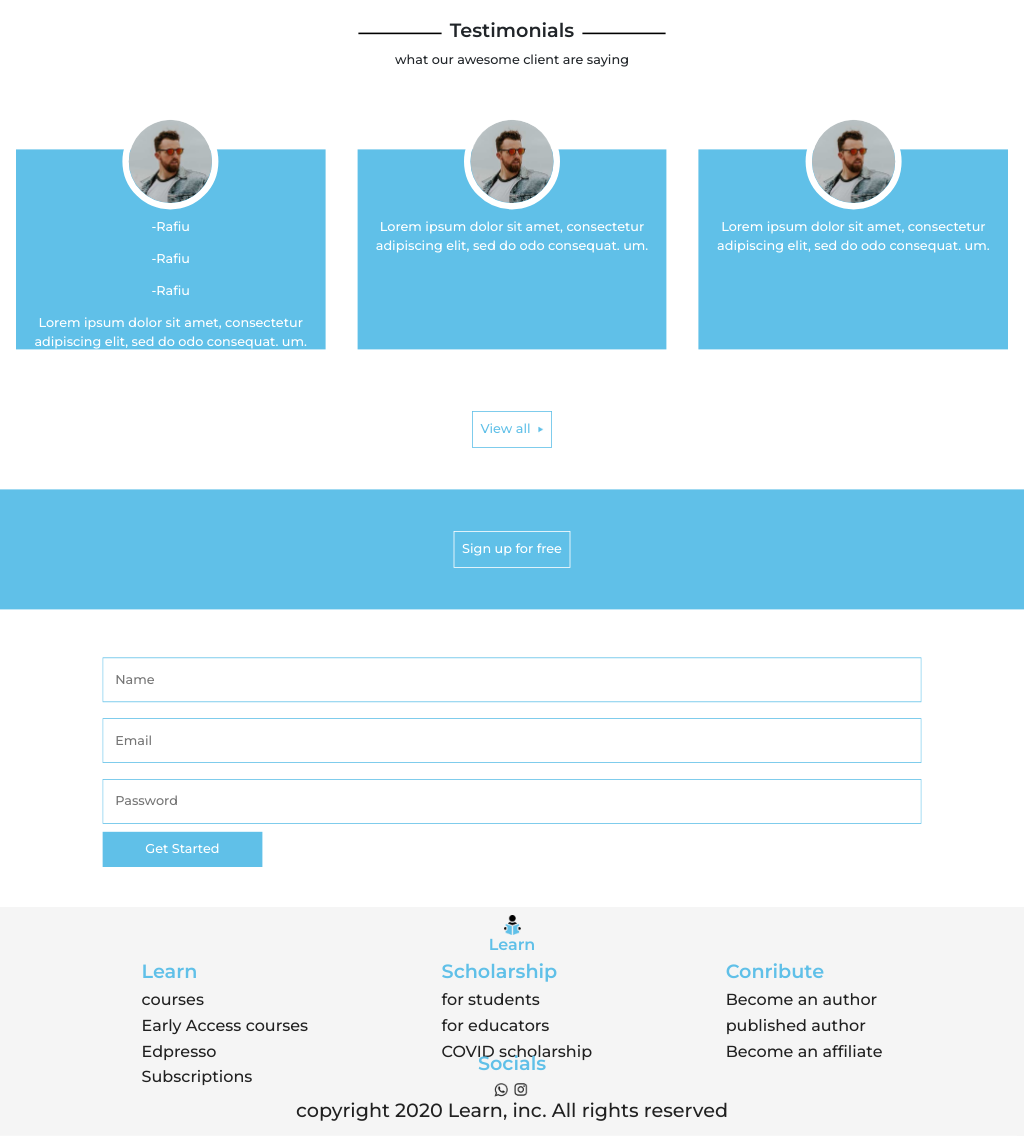
Repository: TiaraOluwanimi/team5
Page: tutor.html
An editor plug-in stored every save of this project. The page is shown before and after the next save, followed by the edit.
The browser window is 1280 px wide. The pictures show the part of the page from y = 1876 to 3296 px (the page is 3296 px tall), at 80% of full size.
A picture or video elsewhere on the page could not be fetched, so the positions and the page height are approximate. Some web libraries are served in a nearby version.

Above is the page before, as saved 2020-08-08 12:29:18.

After the next save:
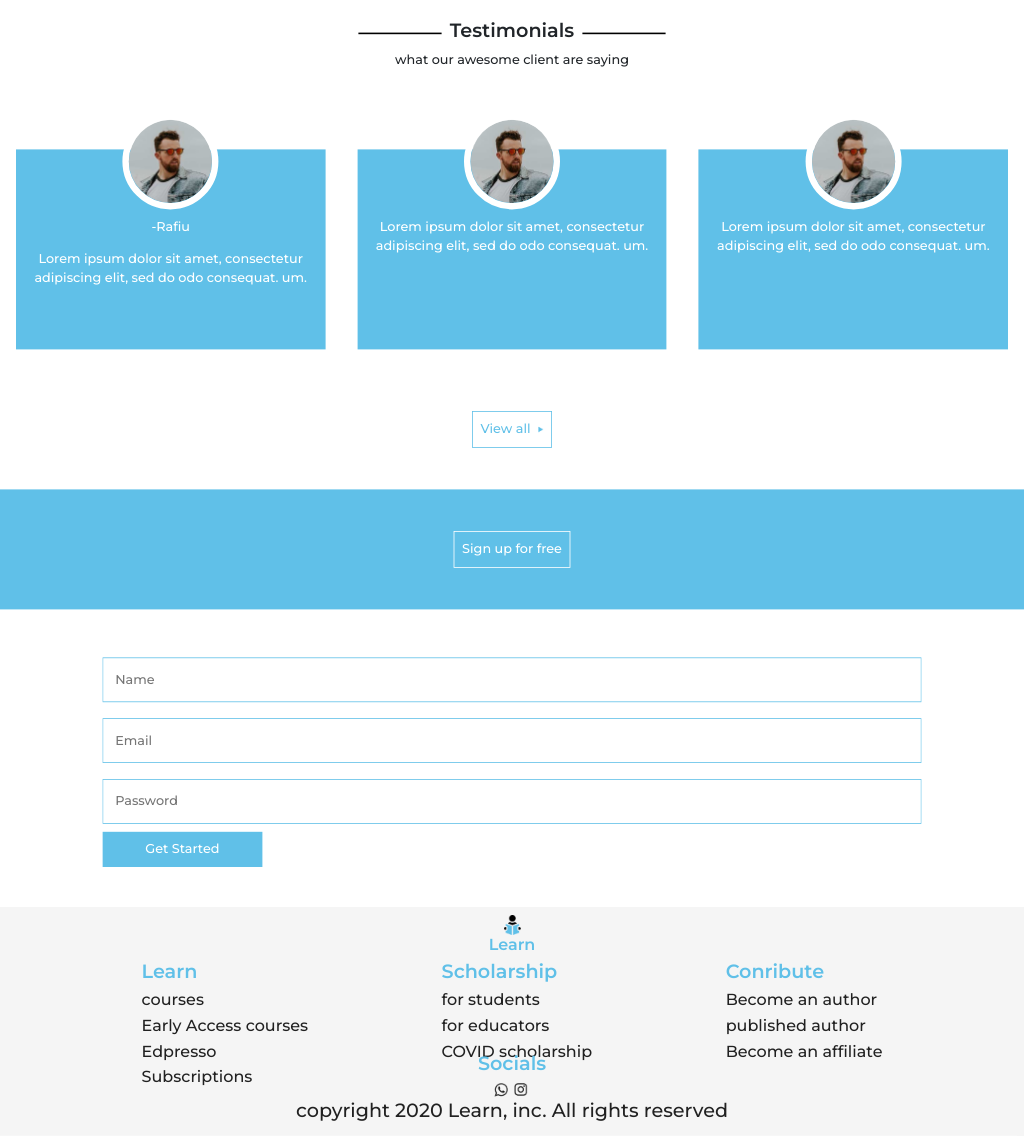
Saved 5 s later.
--- a/tutor.html
+++ b/tutor.html
@@ -228,8 +228,7 @@
             <img src="./assets/img/Ellipse7.png" alt="">
             <div class="testimonial-statement">
               <p>-Rafiu</p>
-<p>-Rafiu</p>
-<p>-Rafiu</p>
+
               <p>Lorem ipsum dolor sit amet, consectetur adipiscing elit, sed do odo consequat. um.</p>
             </div>
 
